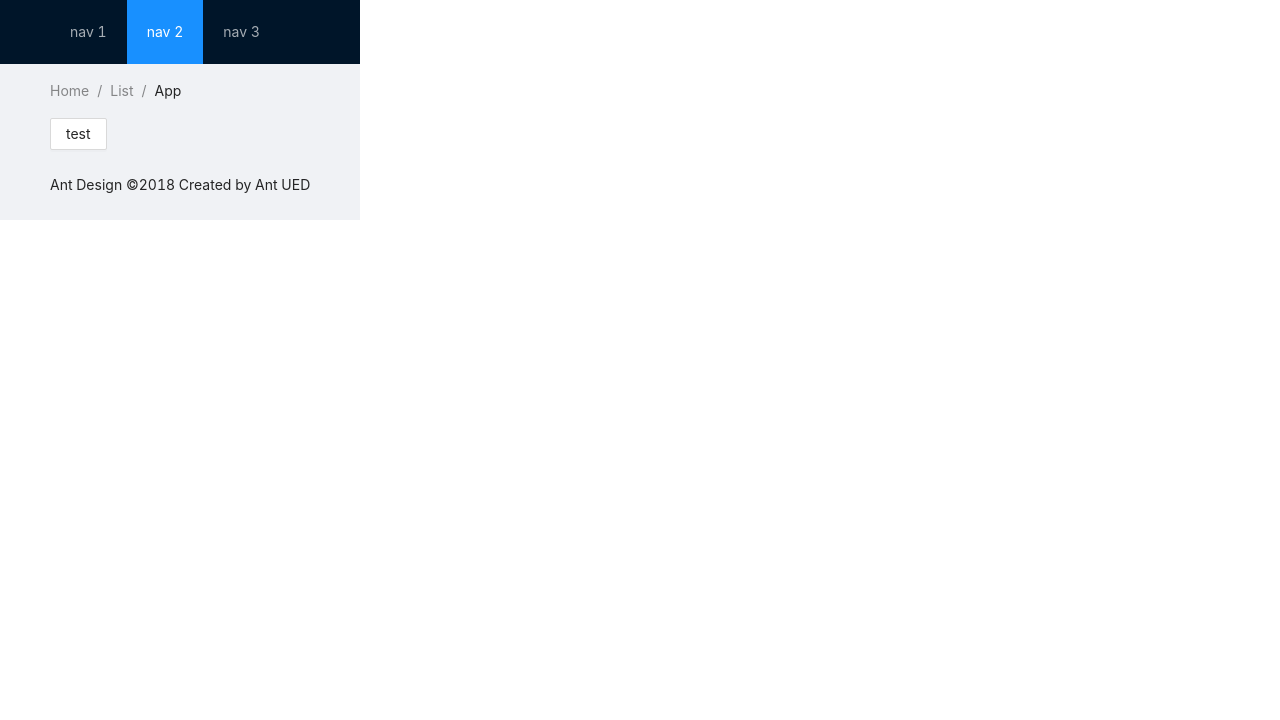
Repository: wiresurfer/rocketfarm-starter
Page: /
An editor plug-in stored every save of this project. The page is shown before and after the next save, followed by the edit.
The browser window is 1280 px wide. The pictures show the whole page.
The project was rebuilt for these pictures with package versions that can differ from the ones it lists, and the page was loaded fresh each time.

Above is the page before, as saved 2020-06-16 17:25:34.

After the next save:
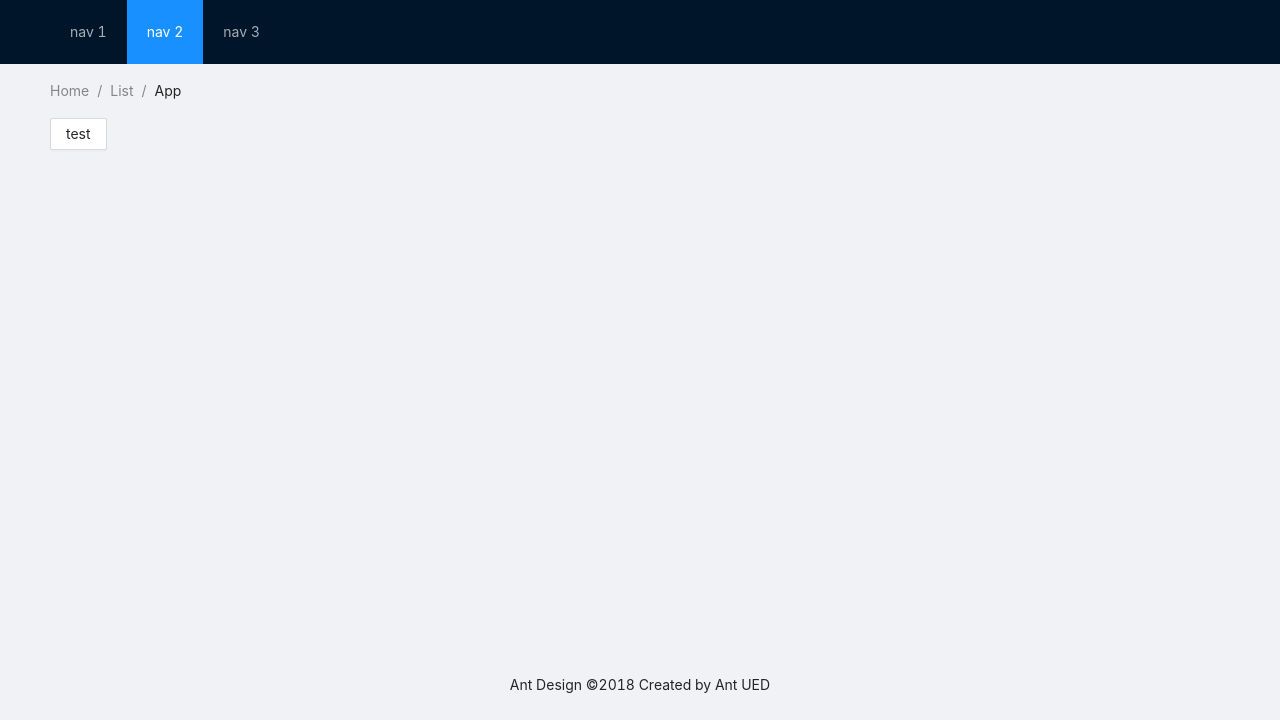
Saved 7 s later.
--- a/src/App.js
+++ b/src/App.js
@@ -6,11 +6,9 @@ import './App.css';
 
 function App() {
   return (
-    <div className="App">
       <Layout>
         <Button> test</Button>
       </Layout>
-    </div>
   );
 }
 
